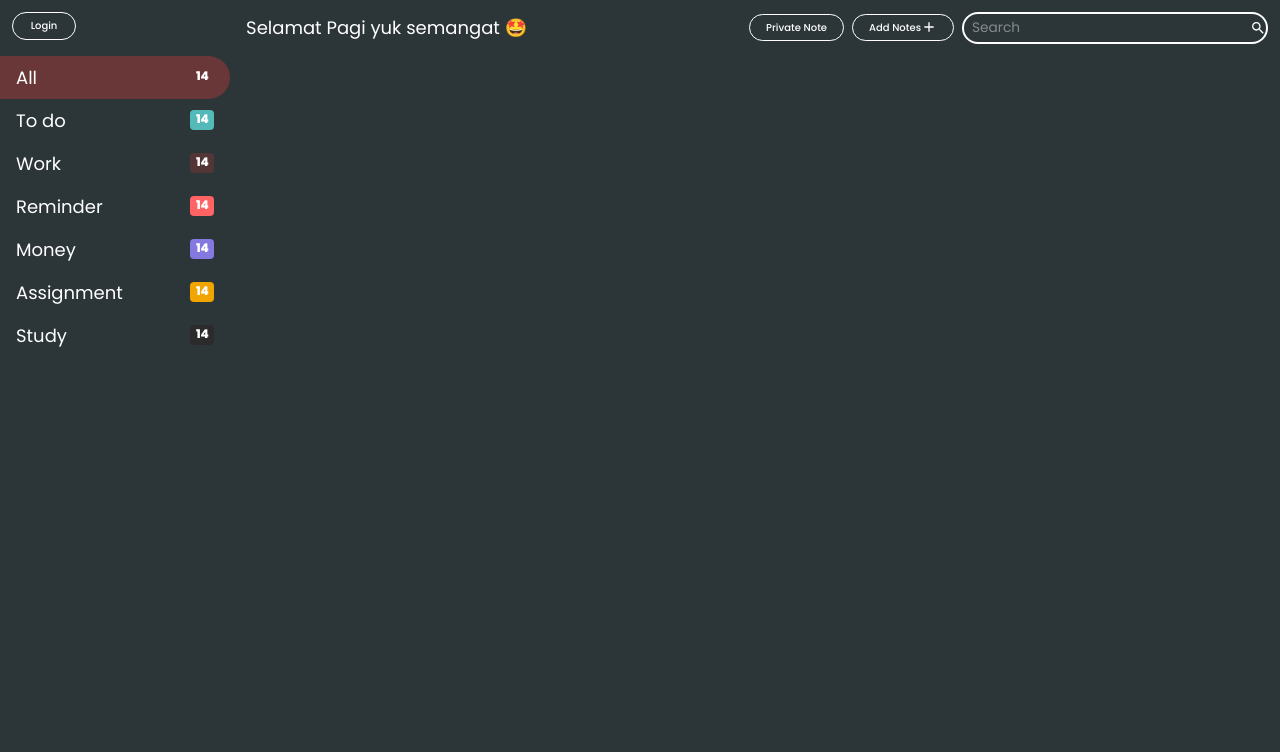
Repository: IzzaSuni/Izza-ToDo
Page: /publicNote
These files come from the project's save history. The page is drawn as it stood at one moment and after the next save; the edit follows.
The browser window is 1280 px wide. The pictures show the whole page.
The page's requests for data from a server got no answer. The project was rebuilt for these pictures with package versions that can differ from the ones it lists, and the page was loaded fresh each time. No one was signed in, and anything a server would have sent is missing. Also part of the build but not shown: src/App.css, src/services.js, src/components/Img.js, src/components/Login.js, src/components/CreateAccount.js.

Above is the page before, as saved 2022-08-19 21:32:49.

### public/index.html
<!DOCTYPE html>
<html lang="en">
  <head>
    <meta charset="utf-8" />
    <link rel="icon" href="%PUBLIC_URL%/AKU.svg" />
    <meta name="viewport" content="width=device-width, initial-scale=1" />
    <meta name="theme-color" content="#000000" />
    <meta name="description" />
    <link rel="apple-touch-icon" href="%PUBLIC_URL%/logo192.png" />
    <!--
      manifest.json provides metadata used when your web app is installed on a
      user's mobile device or desktop. See https://developers.google.com/web/fundamentals/web-app-manifest/
    -->
    <link rel="manifest" href="%PUBLIC_URL%/manifest.json" />
    <!--
      Notice the use of %PUBLIC_URL% in the tags above.
      It will be replaced with the URL of the `public` folder during the build.
      Only files inside the `public` folder can be referenced from the HTML.

      Unlike "/favicon.ico" or "favicon.ico", "%PUBLIC_URL%/favicon.ico" will
      work correctly both with client-side routing and a non-root public URL.
      Learn how to configure a non-root public URL by running `npm run build`.
    -->
    <title>My Notes</title>
  </head>
  <body>
    <noscript>You need to enable JavaScript to run this app.</noscript>
    <div id="root"></div>
    <!--
      This HTML file is a template.
      If you open it directly in the browser, you will see an empty page.

      You can add webfonts, meta tags, or analytics to this file.
      The build step will place the bundled scripts into the <body> tag.

      To begin the development, run `npm start` or `yarn start`.
      To create a production bundle, use `npm run build` or `yarn build`.
    -->
  </body>
</html>

### src/index.js
import React from "react";
import ReactDOM from "react-dom/client";
import "./index.css";
import App from "./App";
import reportWebVitals from "./reportWebVitals";
import { ThemeProvider } from "@mui/material";
import Theme from "./utils/Theme";
const root = ReactDOM.createRoot(document.getElementById("root"));
root.render(
  <ThemeProvider theme={Theme}>
    <React.StrictMode>
      <App />
    </React.StrictMode>
  </ThemeProvider>
);

// If you want to start measuring performance in your app, pass a function
// to log results (for example: reportWebVitals(console.log))
// or send to an analytics endpoint. Learn more: https://bit.ly/CRA-vitals
reportWebVitals();

### src/index.css
@import url("https://fonts.googleapis.com/css2?family=Poppins:ital,wght@0,100;0,200;0,300;0,400;0,500;0,600;0,700;0,800;0,900;1,100;1,200;1,300;1,400;1,500;1,600;1,700;1,800;1,900&display=swap");
body {
  margin: 0;
  font-family: "Poppins", -apple-system, BlinkMacSystemFont, "Segoe UI",
    "Roboto", "Oxygen", "Ubuntu", "Cantarell", "Fira Sans", "Droid Sans",
    "Helvetica Neue", sans-serif;
  -webkit-font-smoothing: antialiased;
  -moz-osx-font-smoothing: grayscale;
  font-smooth: antialiased;
  box-sizing: border-box;
  background-color: #2c3639;
}
button[type="button"] {
  font-size: 10px;
}
svg {
  font-size: 16px !important;
}
code {
  font-family: source-code-pro, Menlo, Monaco, Consolas, "Courier New",
    monospace;
}
#cok:focus-within {
  box-shadow: 0px 1px 0px rgba(0, 0, 0, 0.555);
  transition: all 0.2s;
}
#cok,
#edit {
  box-shadow: 0px;
  transition: all 0.6s;
}
input {
  color: white !important;
  font-family: poppins;
}
textarea {
  color: white !important;
  font-family: poppins;
}
input:-webkit-autofill,
input:-webkit-autofill:hover,
input:-webkit-autofill:focus,
input:-webkit-autofill:active {
  -webkit-box-shadow: 0 0 0 30px #e7f6f2 inset !important;
  box-shadow: 0 0 0 30px #e7f6f2 inset !important;
}
input:disabled {
  -webkit-text-fill-color: black !important;
}
textarea:disabled {
  -webkit-text-fill-color: black !important;
}
#edit:focus-visible {
  box-shadow: 0px 1px 0px rgba(0, 0, 0, 0.555);
  transition: all 0.2s;
}
input#searchBar {
  padding: 4px 8px;
}

.grid {
  display: grid;
  gap: 10px;
  grid-template-columns: repeat(auto-fill, minmax(120px, 1fr));
  grid-template-rows: masonry;
}

.my-masonry-grid {
  display: -webkit-box; /* Not needed if autoprefixing */
  display: -ms-flexbox; /* Not needed if autoprefixing */
  display: flex;
  width: auto;
}
.my-masonry-grid_column {
  /* padding-left: 5px; gutter size */
  background-clip: padding-box;
}

/* Style your items */
.my-masonry-grid_column > div {
  /* change div to reference your elements you put in <Masonry> */
  margin-bottom: 10px;
}

::-webkit-scrollbar {
  width: 6px;
  height: 2px;
}

::-webkit-scrollbar-track {
  box-shadow: inset 0 0 10px transparent;
  border-radius: 10px;
}

/* Handle */
::-webkit-scrollbar-thumb {
  border: 2px solid rgba(0, 0, 0, 0);
  background-clip: padding-box;
  border-radius: 10px;
  background-color: #303030;
}

.shadow {
  box-shadow: 0px 2px 5px white;
}
.MuiPopover-paper {
  background: #2b2b2b !important;
  box-shadow: 0px 2px 5px white !important;
}

/* responsive=============================================================================== */
#mainContainer {
  display: block;
  height: 100vh;
}
@media (max-width: 900px) {
  #mainForm {
    display: none;
  }
  #ohayoSmall {
    text-align: center;
    position: sticky;
    width: 100vw;
  }
  #ohayoBig {
    display: none;
  }

  #listForm {
    width: 100%;
  }
  #buttonAddNotes {
    position: sticky;
    bottom: 0;
    width: 100vw;
    height: 52px !important;
    text-align: center;
    border-radius: 16px 16px 0 0;
  }
}
@media (min-width: 900px) {
  #buttonAddNotes {
    display: none;
  }
  #mainContainer {
    display: block;
  }
  #ohayoSmall {
    display: none;
  }
}

#loginButton:hover {
  background: transparent !important;
}

### src/App.js
import "./App.css";
import Layout from "./components/Layout";
import MainPage from "./components/MainPage";
import { BrowserRouter as Router, Switch, Route } from "react-router-dom";
import Login from "./components/Login";
import CreateAccount from "./components/CreateAccount";

function App({}) {
  return (
    <div className="App">
      <Router>
        <Switch>
          <Route exact path="/publicNote">
            <Layout>
              <MainPage />
            </Layout>
          </Route>
          <Route path={"/login"}>
            <Layout>
              <Login />
            </Layout>
          </Route>
          <Route path={"/signUp"}>
            <Layout>
              <CreateAccount />
            </Layout>
          </Route>
          <Route exact path={"/publicNote/Private"}>
            <Layout>
              <MainPage />
            </Layout>
          </Route>
          <Route path="*">
            <main style={{ padding: "1rem" }}>
              <p>There's nothing here!</p>
            </main>
          </Route>
        </Switch>
      </Router>
    </div>
  );
}

export default App;

### src/utils/Theme.js
import { green } from "@mui/material/colors";
import { createTheme, ThemeProvider } from "@mui/material/styles";

export const background = "#FCE7E7";
export const Black = "#303030";
export const Green = "#E7F634";
export const Disable = "#97A8A8";

export const Screensize = {
  mobile: 0,
  tablet: 900,
  laptop: 1350,
  desktop: 1700,
};

export const colors = {
  background,
  Black,
  Green,
  Disable,
};
export const theme = createTheme({
  breakpoints: {
    values: {
      mobile: 0,
      tablet: 900,
      laptop: 1350,
      desktop: 1700,
    },
  },
  typography: {
    fontFamily: "Poppins",
    fontSize: 12,
    allVariants: {
      color: "white ",
    },
  },
  components: {
    MuiButton: {
      styleOverrides: {
        root: {
          textTransform: "none",
          fontFamily: "Poppins !important",
        },
      },
    },
  },
});

export default theme;

### src/components/Layout.js
import { Box } from "@mui/material";

const Layout = ({ children }) => {
  return (
    <Box
      height={"100vh"}
      width={`calc("100vw - 32px")`}
      display={"flex"}
      alignItems={"center "}
    >
      {children}
    </Box>
  );
};
export default Layout;

### src/components/MainPage.js
import { Button, Drawer, SwipeableDrawer, Typography } from "@mui/material";
//icons
import AddIcon from "@mui/icons-material/Add";
import * as service from "../services";
import { makeStyles } from "@mui/styles";
import { Box } from "@mui/system";
import React, { useEffect, useState } from "react";
import moment from "moment";
import Input from "./Input";
import Filter from "./Filter";
import Navbar from "./navbar";
import Cookies from "universal-cookie";
import IsLogin from "../utils/isLogin";
import { useHistory, useLocation, useParams } from "react-router-dom";
import useQuery from "../utils/Query";

const useStyles = makeStyles({
  container: {
    position: "fixed",
    height: "100vh",
    width: "100vw",
    background: "rgb(0 0 0 / 70%)",
    top: 0,
  },
  containerPopUp: {
    width: `calc(50%)`,
    display: "flex",
    flexDirection: "column",
    padding: "16px 16px",
    height: "50%",
    borderRadius: "16px",
    position: "absolute",
    background: "#2B2B2B",
    left: "50%",
    top: 0,
    transform: "translate(-50%,50%)",
  },
  form: {
    justifytitle: "space-between",
    width: ` 100% `,
    marginTop: "32px",
  },
});

const MainPage = (prop) => {
  //check if signed
  const { signed, user } = IsLogin();
  const [list, setList] = useState([]);
  const [select, setSelect] = useState("Reminder");
  const [openForm, setOpenForm] = useState(false);
  const [renderId, setRenderId] = useState(
    window.innerWidth > 900
      ? { big: true, small: false }
      : { big: false, small: true }
  );
  const cookies = new Cookies();
  const [search, setSearch] = useState();
  const classes = useStyles();
  const history = useHistory();
  const query = useQuery();
  const location = useLocation().pathname === "/publicNote";

  // getData from API
  useEffect(() => {}, []);
  useEffect(() => {
    if (signed === true && query.get("user") === user?.user) {
      service
        .GetNotes({
          type: "notes",
          author: user?.user,
        })
        .then((e) => {
          e.forEach((ev) => {
            ev.isedit = false;
            ev.temp = "";
          });
          setList([...list, ...e]);
        });
    } else {
      history.push("/publicNote");
      service
        .GetNotes({
          type: "publicNote",
        })
        .then((e) => {
          e.forEach((ev) => {
            ev.isedit = false;
            ev.temp = "";
          });
          setList([...list, ...e]);
        });
    }
  }, []);

  //checkDatachange
  const check = (e) => {
    let val = [];
    const a = ["title", "desc", "time", "cat"];
    a.forEach((ev, i) => {
      val.push(e[ev] === e.temp[ev]);
    });
    return val.find((e) => e === false);
  };

  //handleLogout
  const logOut = () => {
    cookies.remove("akikToken");
    history.push("/publicNote");
    setTimeout(window.location.reload());
  };

  //handleSubmit
  const handleSubmit = (e) => {
    e.preventDefault();
    const title = e.target[0].value;
    const desc = e.target[2].value;
    const cat = e.target[5].value;

    if (title.length === 0) return;
    const data = {
      title: title,
      isedit: false,
      temp: "",
      desc: desc,
      cat: cat,
      time: `${moment().format()}`,
      author: user.user ? user.user : "anonymous",
    };
    setList([...list, data]);
    service.CreateNote(data, !location ? "notes" : "publicNote");
    setOpenForm(false);
  };

  //handleDelete
  const handleDelete = (index) => {
    const oldArr = list.slice();
    const data = oldArr[index].id;
    oldArr.splice(index, 1);
    if (data) service.DeleteNote(data, !location ? "notes" : "publicNote");
    return setList(oldArr);
  };

  //handleEdit
  const handleEdit = (event, index, type) => {
    const oldArr = list.slice();
    if (event.type === "click") {
      oldArr[index].temp = { ...oldArr[index] };
      oldArr[index].isedit = true;
      return setList(oldArr);
    }
    event.type === "change" && type === "title"
      ? (oldArr[index].title = event.target.value)
      : (oldArr[index].desc = event.target.value);
  };

  //handleEditSubmit
  const handleEditSubmit = (event, index) => {
    event.preventDefault();
    const oldArr = list.slice();
    const data = oldArr[index];
    if (check(data) === false) {
      data.temp = "";
      data.edited = true;
      data.lastEdit = `${moment().format()}`;
      if (data.id) {
        data.isedit = false;
        data.temp = "";
        service.UpdateNote(data, !location ? "notes" : "publicNote");
      }
    }
    data.isedit = false;
    return setList(oldArr);
  };

  //handleCancel
  const handleCancel = (index) => {
    const oldArr = list.slice();
    oldArr[index].title = oldArr[index].temp.title;
    oldArr[index].desc = oldArr[index].temp.desc;
    oldArr[index].isedit = false;
    return setList(oldArr);
  };

  //handleSelect
  const handleSelect = (e) => {
    setSelect(e.target.value);
  };

  //Form add note
  const mainForm = (id, style) => {
    return (
      <>
        <Box className={classes.container} onClick={close} />
        <Box className={`shadow ${classes.containerPopUp}`} id={id}>
          <Typography variant="h4" textAlign={"center"}>
            {style === 1 ? "My Notes" : "Create a Note"}
          </Typography>
          <form onSubmit={handleSubmit} className={classes.form}>
            <Input type={"text"} />
            <Input type={"multiline"} />
            <Input type={"select"} hdlChange={handleSelect} select={select} />
            <Box textAlign={"center"} mt={2}>
              <Input type={"button"}>
                Add Notes <AddIcon />
              </Input>
            </Box>
          </form>
        </Box>
      </>
    );
  };

  //listener screen
  useEffect(() => {
    window.onresize = function () {
      if (window.innerWidth >= 900) {
        if (renderId.big === true && renderId.small === false) return;
        else if (renderId.big === false && renderId.small === true) {
          return setRenderId({ big: true, small: false });
        }
      } else if (window.innerWidth < 900) {
        if (renderId.big === false && renderId.small === true) return;
        else if (renderId.big === true && renderId.small === false) {
          return setRenderId({ big: false, small: true });
        }
      }
    };
  }, [renderId]);

  //render shadow footer and header
  const page = document.getElementById("listForm");
  page?.addEventListener("scroll", (e) => {
    const elm = document.getElementById("ohayoSmall");
    const elms = document.getElementById("buttonAddNotes");
    const b = page.scrollHeight - page.clientHeight;
    if (page.scrollTop >= 8) {
      elm.style = "box-shadow: 0px 1px 5px rgba(0, 0, 0, 0.507)";
      elm.style.transition = "all 0.3s ease-in-out";
    } else {
      elm.style = "box-shadow:0";
      elm.style.transition = "all 0.3s ease-in-out";
    }
    if (page.scrollTop <= b - 16) {
      elms.style = "box-shadow: 0px -1px 5px rgba(0, 0, 0, 0.507)";
      elms.style.transition = "all 0.3s ease-in-out";
    } else if (page.scrollTop >= b - 16) {
      elms.style = "box-shadow:0";
      elms.style.transition = "all 0.3s ease-in-out";
    }
  });

  //handleSearch
  const handleSearch = (e, type) => {
    type === "clear" ? setSearch("") : setSearch(e.target.value);
  };

  //clearOpenForm
  const close = () => {
    setOpenForm(false);
  };

  //handleOpenForm
  const open = () => {
    setOpenForm(true);
  };

  //return
  return (
    <Box id="mainContainer" display={"block"} width={"100%"}>
      <Navbar
        search={handleSearch}
        open={open}
        isSigned={signed}
        logOut={logOut}
      />
      <Box display="inline-flex" width={"100%"}>
        <Filter
          handleCancel={handleCancel}
          handleDelete={handleDelete}
          handleEditSubmit={handleEditSubmit}
          list={list}
          handleEdit={handleEdit}
          search={search}
        />
        {openForm ? mainForm("mainForm") : null}
      </Box>
      {/* <Drawer
        anchor={"bottom"}
        open={state}
        onClose={() => setState(false)}
        onOpen={() => setState(true)}
        sx={{
          "& .MuiDrawer-paper": {
            borderRadius: "16px 16px 0 0",
          },
        }}
      ></Drawer> */}

      {/* <div id="buttonAddNotes">
        <React.Fragment key={"bottom"}>
          <Button
            className="buttonAddNotesPopup"
            onClick={() => setState(true)}
          >
            Add notes <AddIcon />
          </Button>

          <SwipeableDrawer
            anchor={"bottom"}
            open={state}
            onClose={() => setState(false)}
            onOpen={() => setState(true)}
            sx={{
              "& .MuiDrawer-paper": {
                borderRadius: "16px 16px 0 0",
              },
            }}
          >
            {renderId.small === true ? mainForm("popUp") : <></>}
          </SwipeableDrawer>
        </React.Fragment>
      </div> */}
    </Box>
  );
};
export default MainPage;
{
  /* <Box id="ohayoSmall">
        <Typography variant={"h6"}>My Notes</Typography>
        <Typography>{Ohayo()}</Typography>
      </Box> */
}
//dummy
const initialValue = [
  {
    background: "#54BAB9",
    title: "Belajar",
    isedit: false,
    temp: "",
    desc: "Lorem Ipsum is simply dummy text of the printing and typesetting industry. ",
    cat: "To do",
    time: `${moment().subtract(3, "days").format()}`,
    author: "initate",
  },
  {
    background: "#F0A500",
    title: "Business",
    isedit: false,
    temp: "",
    desc: "Lorem Ipsum is simply dummy text of the printing and typesetting industry. Lorem Ipsum has been the industry's standard dummy text ever since the 1500s, when an unknown printer took a galley of type and scrambled it to make a type specimen book. It has survived not only five centuries, but also the leap into electronic typesetting, remaining essentially unchanged. It was popularised in the 1960s with the release of Letraset sheets containing Lorem Ipsum passages, and more recently with desktop publishing software like Aldus PageMaker including versions of Lorem Ipsum.",
    cat: "Assignment",
    time: `${moment().subtract(2, "days").format()}`,
    author: "initate",
  },
  {
    background: "#FF6363",
    title: "Kuliah",
    isedit: false,
    temp: "",
    desc: "Lorem Ipsum is simply dummy text of the printing and typesetting industry. Lorem Ipsum has been the industry's standard dummy text ever since the 1500s, ",
    cat: "Reminder",
    time: `${moment().subtract(1, "days").format()}`,
    author: "initate",
  },
  {
    background: "#FF6363",
    title: "Kuliah",
    isedit: false,
    temp: "",
    desc: "Lorem Ipsum is simply dummy text of the printing and typesetting industry. Lorem Ipsum has been the industry's standard dummy text ever since the 1500s, ",
    cat: "Reminder",
    time: `${moment().subtract(1, "days").format()}`,
    author: "initate",
  },
];

### src/utils/isLogin.js
import jwtDecode from "jwt-decode";
import Cookies from "universal-cookie";
import useQuery from "./Query";

const IsLogin = () => {
  const secret = process.env.REACT_APP_SECRET_TOKEN;
  const cookies = new Cookies();
  const bearer = cookies.get("akikToken");
  const signed = bearer ? jwtDecode(bearer).aud === secret : false;
  const user = bearer
    ? {
        user: jwtDecode(bearer).name,
        email: jwtDecode(bearer).email,
        isVerifiedEmail: jwtDecode(bearer).email_verified,
        userId: jwtDecode(bearer).user_id,
        picture: jwtDecode(bearer).picture,
      }
    : {};

  return { signed, user };
};

export default IsLogin;

### src/utils/Query.js
import { useMemo } from "react";
import { useLocation } from "react-router-dom";

export default function useQuery() {
  const { search } = useLocation();
  return useMemo(() => new URLSearchParams(search), [search]);
}

### src/components/ohayo.js
export default function Ohayo(inbetween) {
  const myDate = new Date();
  const currentHour = myDate.getHours();

  let msg;
  if (currentHour >= 2 && currentHour <= 11)
    msg = `Selamat Pagi ${inbetween ? inbetween : ""} yuk semangat 🤩`;
  else if (currentHour >= 11 && currentHour <= 14)
    msg = `Selamat Siang  ${
      inbetween ? inbetween : ""
    } semangat walau ngantuk 😃 `;
  else if (currentHour >= 14 && currentHour <= 18)
    msg = `Selamat Sore  ${inbetween ? inbetween : ""} 🙂`;
  else if (currentHour >= 18 && currentHour <= 22)
    msg = `Selamat Petang  ${inbetween ? inbetween : ""} 👀 `;
  else if (currentHour >= 22 || currentHour <= 2)
    msg = `Udah larut Malam nih  ${inbetween ? inbetween : ""}! yuk tidur😴`;
  return msg;
}

Loaded but not shown: src/reportWebVitals.js (common file); src/components/Input.js (340 lines, source omitted); src/components/List.js (264 lines, source omitted); src/components/navbar.js (205 lines, source omitted); src/components/Filter.js (163 lines, source omitted)

After the next save:
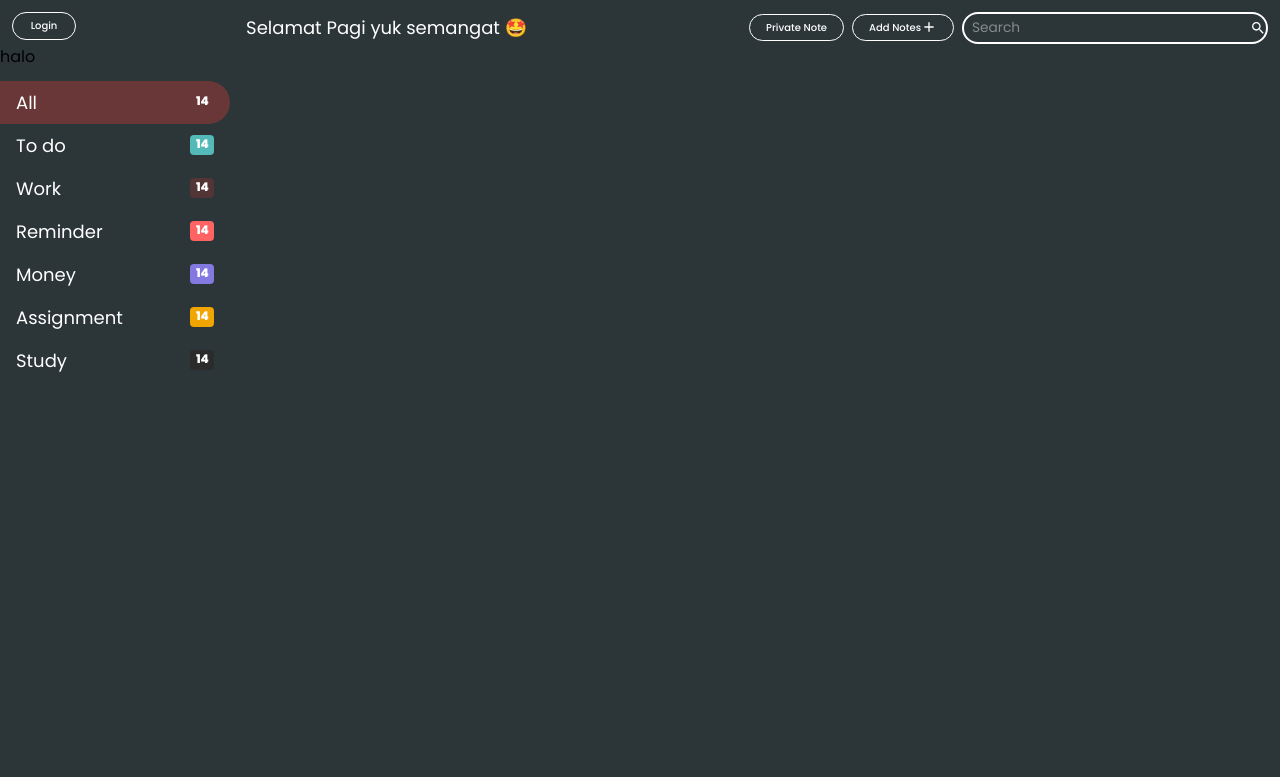
Saved 8 s later.
--- a/src/components/MainPage.js
+++ b/src/components/MainPage.js
@@ -273,6 +273,7 @@
         isSigned={signed}
         logOut={logOut}
       />
+      halo
       <Box display="inline-flex" width={"100%"}>
         <Filter
           handleCancel={handleCancel}

After the save that followed:
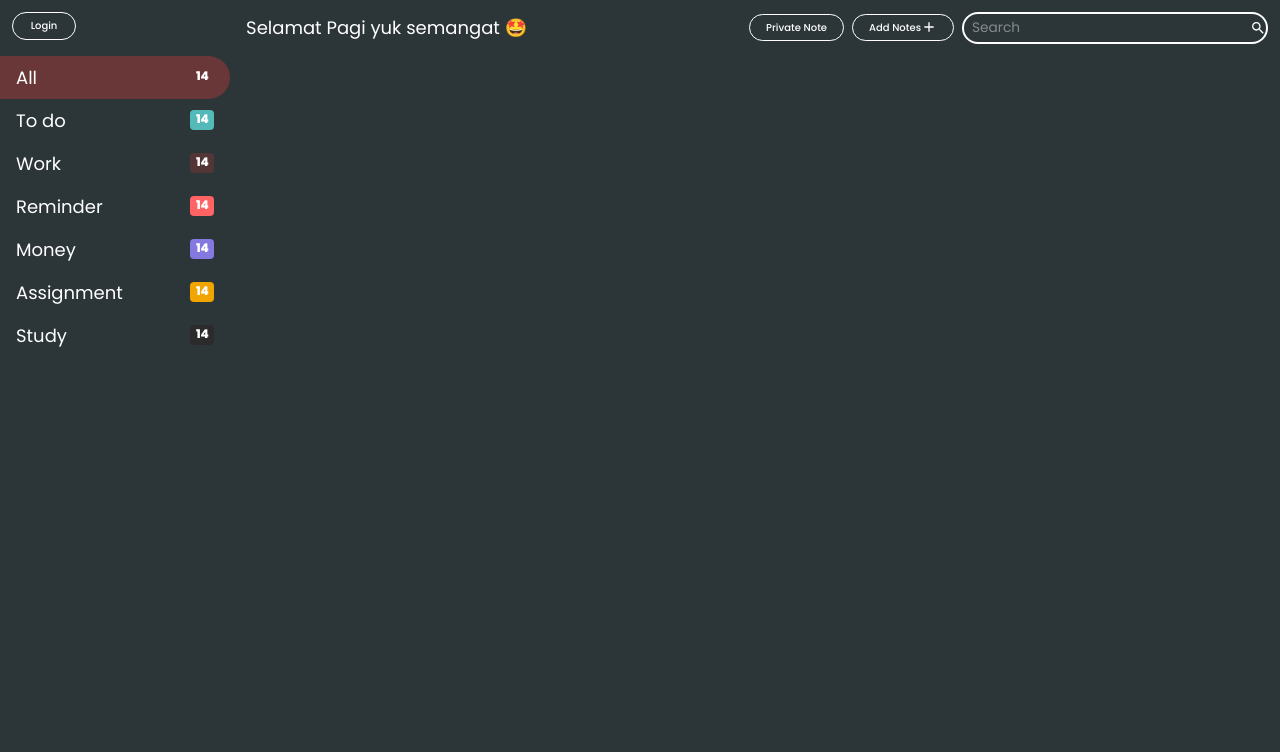
Saved 22 s later.
--- a/src/components/MainPage.js
+++ b/src/components/MainPage.js
@@ -273,7 +273,7 @@
         isSigned={signed}
         logOut={logOut}
       />
-      halo
+      <img src={user.picture} />
       <Box display="inline-flex" width={"100%"}>
         <Filter
           handleCancel={handleCancel}
